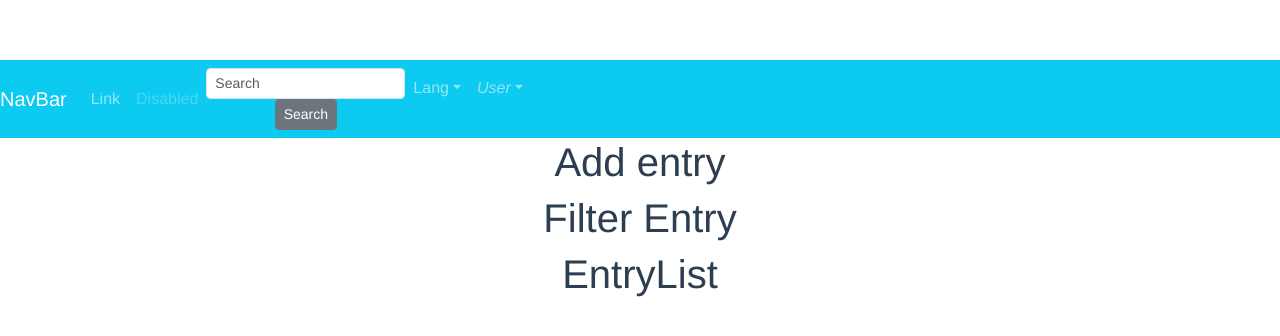
Repository: Madaless/vue_elastic
Page: / (app in vuejsapp/crudapp/)
An editor plug-in stored every save of this project. The page is shown before and after the next save, followed by the edit.
The browser window is 1280 px wide. The pictures show the whole page.
The page's requests for data from a server got no answer. The project was rebuilt for these pictures with package versions that can differ from the ones it lists, and the page was loaded fresh each time. No one was signed in, and anything a server would have sent is missing.

Above is the page before, as saved 2021-09-09 15:03:03.

After the next save:
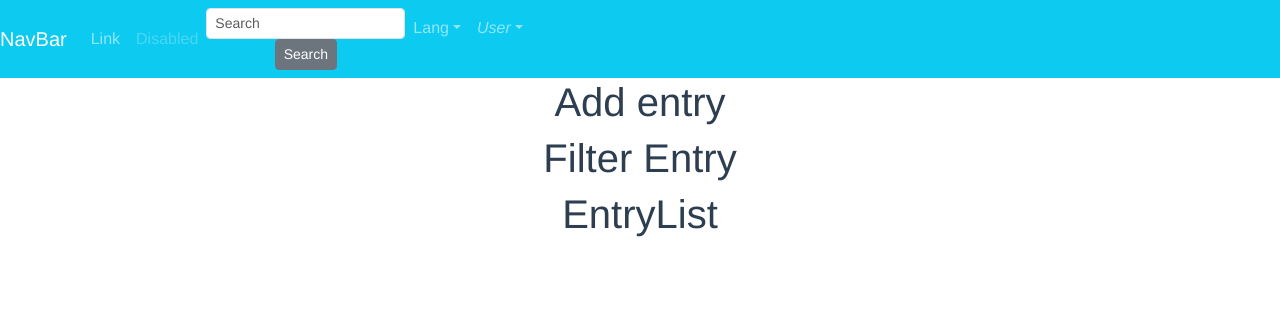
Saved 32 s later.
--- a/vuejsapp/crudapp/src/App.vue
+++ b/vuejsapp/crudapp/src/App.vue
@@ -65,6 +65,5 @@ export default {
   -moz-osx-font-smoothing: grayscale;
   text-align: center;
   color: #2c3e50;
-  margin-top: 60px;
 }
 </style>
